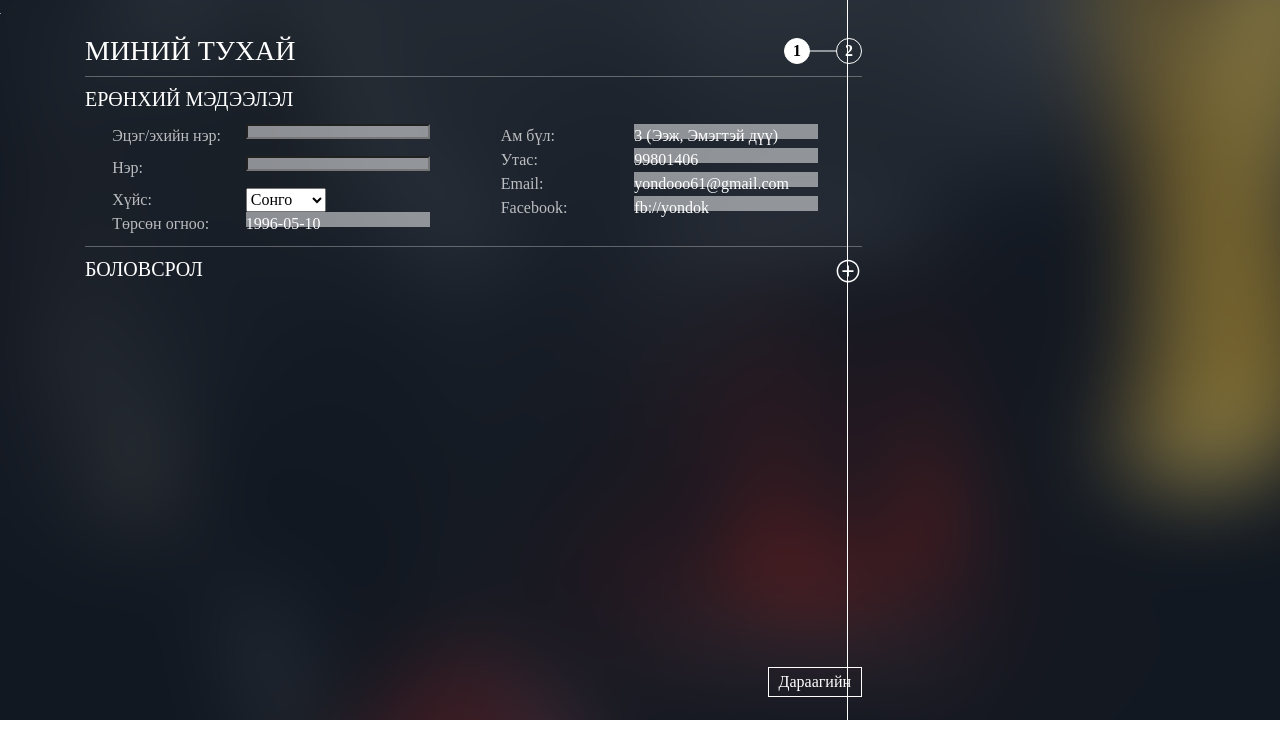
Repository: Yondo202/svProject
Page: /
The author's editor kept a copy of each file at every save. The page is drawn from the files as they stood at one save, then again after a run of saves.
The browser window is 1280 px wide. The pictures show the whole page.
The project was rebuilt for these pictures with package versions that can differ from the ones it lists, and the page was loaded fresh each time. The framework's server and built-in components were replaced by stand-ins that run in the browser. Also part of the build but not shown: next.config.js, style/style.scss.

Above is the page before, as saved 2020-11-20 01:24:29.

### pages/_app.js
import React from "react";
import App from "next/app";
import '../style/style.scss'
import { AnimatePresence } from "framer-motion";
import { MenuProvider } from "@/miscs/ContextMenuProvider";
import { ThemeProvider } from "styled-components";
import * as theme from "@/miscs/theme";
import checkLanguage from "@/components/miscs/checkLanguage";

const base = "http://localhost:1337";

class MyApp extends App {
    state = {
        menu: [],
        completelyLoaded: false,
    };
    // async componentDidMount() {
    //     let res = await checkLanguage(queryString, null);
    //     this.setState({ completelyLoaded: true, menu: res.data.menu.Main});
    // }

    render() {
        const { Component, pageProps, router } = this.props;

        return (
            <ThemeProvider theme={theme}>
                <MenuProvider value={this.state}>
                    <AnimatePresence exitBeforeEnter>
                        <Component {...pageProps} key={router.route} />
                    </AnimatePresence>
                </MenuProvider>
            </ThemeProvider>
        );
    }
}

export default MyApp;

const queryString = ``

// const queryString = `
// {
// menu {
//     Main {
//     Title Slug Page {
//         Slug
//         }
//         }
//     }
// }`;

### pages/_document.js
import css from '../style/style.scss'
import Document, { Html, Head, Main, NextScript } from 'next/document'
import Pixel from "@/components/miscs/Pixel";

class MyDocument extends Document {
    render(){
        return(
            <Html lang="mn">
                <Head>
                    <link rel="stylesheet" href="https://stackpath.bootstrapcdn.com/bootstrap/4.3.1/css/bootstrap.min.css" integrity="sha384-ggOyR0iXCbMQv3Xipma34MD+dH/1fQ784/j6cY/iJTQUOhcWr7x9JvoRxT2MZw1T" crossOrigin="anonymous"/>
                    <link rel="shortcut icon" href="/img/ico.png" />
                    <link href="https://fonts.googleapis.com/css2?family=Roboto:wght@300;400;700&display=swap" rel="stylesheet"/>
                    <link href="https://fonts.googleapis.com/css2?family=Poppins:wght@300;400;500&display=swap" rel="stylesheet"></link>
                    <Pixel/>
                </Head>
                <body>
                    <Main/>
                    <NextScript/>
                </body>
            </Html>
        )
    }
}

export default MyDocument

### pages/index.js
import React from "react";
import { motion } from "framer-motion";
import Background from '../components/Top'
import Forms from '../components/mainForm'

function index() {
    return (
        <div>
            <Background />
            <Forms />
        </div>
    )
}

export default index




























// import Root from "@/core/Root";
// import ResolveComponent from "@/components/dynamic/ResolveComponent"
// import checkLanguage from "@/components/miscs/checkLanguage";
// import { MenuContext } from '@/miscs/ContextMenuProvider'
// import { useContext } from "react";

// const Index = ({ data }) => {

//     let { Layout } = data
//     const { completelyLoaded } = useContext(MenuContext);

//     return (
//         <motion.div exit={{ opacity: 0 }} initial={{ opacity: 0 }} animate={{ opacity: 1 }} >
//             <Root noFooter>
//                 {completelyLoaded &&
//                     <ResolveComponent data={Layout} />
//                 }
//             </Root>
//         </motion.div>
//     );

// };
// export default Index;

// export async function getServerSideProps({ params, req }) {
//     let res = await checkLanguage('/home', req, true);
//     return { props: { data: res.data } }
// }

### components/miscs/ContextMenuProvider.js
import React from 'react';

const MenuContext = React.createContext();

const MenuProvider = MenuContext.Provider
const MenuConsumer = MenuContext.Consumer

export {MenuProvider, MenuConsumer, MenuContext}

### components/miscs/theme.js
export const colorOne = "#532532";
export const colorTwo = "#123123";
export const fontSize = "16px";
export const fontFamily1 = "Poppins', sans-serif"

### components/miscs/checkLanguage.js
import fetch from "node-fetch";
import parseCookies from '@/miscs/parseCookies';

const checkLanguage = async (queryString, req, normal) =>{

    const cookies = parseCookies(req);
    const httpObject = { method: 'post', headers: { 'Content-Type': 'application/json'}, body: JSON.stringify({ query: `query ${queryString}`})}

    if(normal){
        return new Promise(async(resolve, reject) => {
            if(cookies['tb-lang'] === "en"){
                const res = await fetch(`http://localhost:1337${queryString}`);
                const pageData = await res.json();
                return resolve({data: pageData});
            }
            else{
                const res = await fetch(`http://localhost:1337${queryString}`);
                const pageData = await res.json();
                return resolve({data: pageData});
            }
        })
    }

    return new Promise(async(resolve, reject)=>{
      if(cookies['tb-lang'] === "en"){
          const res = await fetch('http://localhost:1337/graphql', httpObject)
          const pageData = await res.json()
          return resolve({data: pageData.data});
      }
      else{
          const res = await fetch('http://localhost:1337/graphql', httpObject)
          const pageData = await res.json()
          return resolve({data: pageData.data});
      }
    })

}

export default checkLanguage

### components/miscs/Pixel.js
import React from "react";

export default () => (
    <React.Fragment>
        <script
            dangerouslySetInnerHTML={{
                __html: `!function(f,b,e,v,n,t,s){if(f.fbq)return;n=f.fbq=function(){n.callMethod?n.callMethod.apply(n,arguments):n.queue.push(arguments)};if(!f._fbq)f._fbq=n;n.push=n;n.loaded=!0;n.version='2.0';n.queue=[];t=b.createElement(e);t.async=!0;t.src=v;s=b.getElementsByTagName(e)[0];s.parentNode.insertBefore(t,s)}(window,document,'script','https://connect.facebook.net/en_US/fbevents.js');fbq('init', '626874991348714'); fbq('track', 'PageView');`,
            }}
        />
        <noscript
            dangerouslySetInnerHTML={{
                __html: `<img height="1" width="1" src="https://www.facebook.com/tr?id=626874991348714&ev=PageView&noscript=1"/>`,
            }}
        />
    </React.Fragment>
);

### components/Top.js
// import React from 'react';

// const Test = ({data}) => {
//     return (
//         <div>
//             {data.Title && <h1>{data.Title}hahhaha</h1>}
//         </div>
//     );
// };

// export default Test;

import React from 'react'
import styled from 'styled-components'
function top({data}) {
    return (
        <Conainer style={{backgroundImage:"url('/img/Blur.png')"}}>
        </Conainer>
    )
}

export default top


const Conainer = styled.div`
    color:white;
    background-size: cover;
    background-position:center center;
    min-height: 80vh;
    max-height: 100vh;
    height: 100vh;
    width: 100%;
    position: fixed;
    top:0;
    z-index: -2;
`

### components/miscs/parseCookies.js
import cookie from 'cookie'

export default function parseCookies(req) {
    return cookie.parse(req ? req.headers.cookie || "" : document.cookie);
}

### components/form1.js
import React,{useState} from 'react'
import styled from 'styled-components'
import Modal from 'react-modal';
import {IoIosAddCircleOutline} from 'react-icons/io'
import {RiAddLine} from 'react-icons/ri'
import Education from '../components/education'
import Axios from 'axios';


const customStyles = {
    content : {
      top                   : '50%',
      left                  : '50%',
      right                 : 'auto',
      bottom                : 'auto',
      marginRight           : '-50%',
      transform             : 'translate(-50%, -50%)'
    }
  };

function form1() {
    var subtitle;
    const [modalIsOpen,setIsOpen] = React.useState(false);
    function openModal() {
      setIsOpen(true);
    }
    function closeModal(){
    setIsOpen(false);
    }
    const [Value,setValue] = useState('хоосон');


    const handleClick = async (e) =>{
        e.preventDefault();
        let rs = document.querySelectorAll('.getinput');
        let arr = Array.from(rs);
        let final = {};
        arr.map(element=>{
            let field = element.name;
            let value = element.value;
            final[field] = value
        });
        console.log(final, "kekeke")
        await Axios.post('http://localhost:1337/forms', final);
    }
    // const capitalize = (s) => {
    //     if (typeof s !== 'string') return ''
    //     return s.charAt(0).toUpperCase() + s.slice(1)
    //   }

    return (
        <Conainer>
            <div className="headerPAr">
                <h5 className="title">ЕРӨНХИЙ МЭДЭЭЛЭЛ</h5>
            </div>
            <div className="ParentInfo">
                <div className="colOne">
                    <div className="main-info">
                        <label className="B">Эцэг/эхийн нэр:</label>
                        <input className="getinput val" type="text" name="parent" />
                    </div>
                    <div className="main-info">
                        <label className="B">Нэр:</label>
                        <input className="getinput val" type="text" name="name" />
                    </div>
                    <div className="main-info">
                        <span className="B">Хүйс:</span>
                        <select className="getinput" name="sex" placeholder="сүно">
                            <option value="" >Сонго</option>
                            <option value="man">Эрэгтэй</option>
                            <option value="women">Эмэгтэй</option>
                        </select>
                    </div>
                    <div className="main-info">
                        <span className="B">Төрсөн огноо:</span>
                        <span className="val">1996-05-10</span>
                    </div>
                </div>

                <div className="colOne">
                    <div className="main-info">
                        <span className="B">Ам бүл:</span>
                        <span className="val">3 (Ээж, Эмэгтэй дүү)</span>
                    </div>
                    <div className="main-info">
                        <span className="B">Утас:</span>
                        <span className="val">99801406</span>
                    </div>
                    <div className="main-info">
                        <span className="B">Email:</span>
                        <span className="val">yondooo61@gmail.com</span>
                    </div>
                    <div className="main-info">
                        <span className="B">Facebook:</span>
                        <span className="val">fb://yondok</span>
                    </div>
                </div>
            </div>

            <Education />
        </Conainer>
    )
}

export default form1

const Conainer = styled.div`
    padding-top:10px;
    .headerPAr{
        width:70%;
        display:flex;
        flex-direction:row;
        justify-content:space-between;
        margin-bottom:5px;
        .svgBtn{
            cursor:pointer;
            font-size:28px;
            border-radius:50%;
            transition:all 0.3s ease;
            &:hover{
                color:black;
                background:white;
            }
        }
    }
    .ParentInfo{
         display:flex;
         flex-direction: row;
         justify-content:space-around;
         width:70%;
         font-size:16px;
         border-bottom: solid 0.5px rgba(255,255,255, 0.3);
         padding-bottom:10px;
         .colOne{
             width:43%;
             .main-info{
                display:flex;
                flex-direction:row;
                justify-content:start;

                 .B{
                     color:rgba(255,255,255, 0.7);
                     width:40%;
                 }
                 .val{
                    width:55%;
                    background:rgba(255,255,255, 0.5);
                    height:15px;
                 }
             }
         }
    }
    @media only screen and (max-width:786px){
        .headerPAr{
            width:100%;
        }
        .ParentInfo{
            flex-direction: column;
            width:100%;
            .colOne{
                width:100%;
            }
        }
    }
`

### components/form2.js
import React from 'react'
import styled from 'styled-components'
import Modal from 'react-modal';
import {IoIosAddCircleOutline} from 'react-icons/io'
import {RiAddLine} from 'react-icons/ri'
import Education from '../components/education'


const customStyles = {
    content : {
      top                   : '50%',
      left                  : '50%',
      right                 : 'auto',
      bottom                : 'auto',
      marginRight           : '-50%',
      transform             : 'translate(-50%, -50%)'
    }
  };

function form2() {
    var subtitle;
    const [modalIsOpen,setIsOpen] = React.useState(false);
    function openModal() {
      setIsOpen(true);
    }
    function afterOpenModal() {
        // references are now sync'd and can be accessed.
        subtitle.style.color = '#0E3232';
      }
    function closeModal(){
    setIsOpen(false);
    }
    return (
        <Conainer>
            <div className="headerPAr">
                <h5 className="title">ЕРӨНХИЙ МЭДЭЭЛЭЛ</h5>
                <div>
                <IoIosAddCircleOutline  className="svgBtn" onClick={openModal} />
                {/* <span  className="svgBtn" onClick={openModal}>+</span> */}
                    <Modal
                        isOpen={modalIsOpen}
                        onAfterOpen={afterOpenModal}
                        onRequestClose={closeModal}
                        style={customStyles}
                        contentLabel="Example Modal"
                    >
                        {/* <h2 ref={_subtitle => (subtitle = _subtitle)}>Hello</h2> */}
                        <button onClick={closeModal}>close</button>
                        <form>
                            {/* <input />
                            <button>tab navigation</button>
                            <button>stays</button>
                            <button>inside</button>
                            <button>the modal</button> */}
                        </form>
                    </Modal>
                    </div>
                </div>
            <div className="ParentInfo">
                <div className="colOne">
                    <div className="main-info">
                        <span className="B">Эцэг/эхийн нэр:</span>
                        <span className="val">Гантулга</span>
                    </div>
                    <div className="main-info">
                        <span className="B">Нэр:</span>
                        <span className="val">Ёндонжамц</span>
                    </div>
                    <div className="main-info">
                        <span className="B">Хүйс:</span>
                        <span className="val">Эр</span>
                    </div>
                    <div className="main-info">
                        <span className="B">Төрсөн огноо:</span>
                        <span className="val">1996-05-10</span>
                    </div>
                </div>

                <div className="colOne">
                    <div className="main-info">
                        <span className="B">Ам бүл:</span>
                        <span className="val">3 (Ээж, Эмэгтэй дүү)</span>
                    </div>
                    <div className="main-info">
                        <span className="B">Утас:</span>
                        <span className="val">99801406</span>
                    </div>
                    <div className="main-info">
                        <span className="B">Email:</span>
                        <span className="val">yondooo61@gmail.com</span>
                    </div>
                    <div className="main-info">
                        <span className="B">Facebook:</span>
                        <span className="val">fb://yondok</span>
                    </div>
                </div>
            </div>

            <Education />
        </Conainer>
    )
}

export default form2

const Conainer = styled.div`
    padding-top:10px;
    .headerPAr{
        width:70%;
        display:flex;
        flex-direction:row;
        justify-content:space-between;
        margin-bottom:5px;
        .svgBtn{
            cursor:pointer;
            font-size:28px;
            border-radius:50%;
            transition:all 0.3s ease;
            &:hover{
                color:black;
                background:white;
            }
        }
    }
    .ParentInfo{
         display:flex;
         flex-direction: row;
         justify-content:space-around;
         width:70%;
         font-size:16px;
         border-bottom: solid 0.5px rgba(255,255,255, 0.3);
         padding-bottom:10px;
         .colOne{
             width:43%;
             .main-info{
                display:flex;
                flex-direction:row;
                justify-content:space-between;

                 .B{
                     color:rgba(255,255,255, 0.7);
                     width:40%;
                 }
                 .val{
                    // margin-left:15px;
                    width:55%;
                 }
             }
         }
    }
`

### components/education.js
import React from 'react'
import styled from 'styled-components'
import {IoIosAddCircleOutline} from 'react-icons/io'
import Modal from 'react-modal';

const customStyles = {
    content : {
      top                   : '50%',
      left                  : '50%',
      right                 : 'auto',
      bottom                : 'auto',
      marginRight           : '-50%',
      transform             : 'translate(-50%, -50%)'
    }
  };
function education() {
    var subtitle;
    const [modalIsOpen,setIsOpen] = React.useState(false);
    function openModal() {
      setIsOpen(true);
    }
    function afterOpenModal() {
        // references are now sync'd and can be accessed.
        subtitle.style.color = '#0E3232';
      }
    function closeModal(){
    setIsOpen(false);
    }


    return (
        <Container>
            <div className="headerPAr">
                <h5 className="title">БОЛОВСРОЛ</h5>
                <div>
                <IoIosAddCircleOutline className="svgBtn" onClick={openModal} />
                    <Modal
                        isOpen={modalIsOpen}
                        onAfterOpen={afterOpenModal}
                        onRequestClose={closeModal}
                        style={customStyles}
                        contentLabel="Example Modal"
                    >
                        <h2 ref={_subtitle => (subtitle = _subtitle)}>Hello</h2>
                        <button onClick={closeModal}>close</button>
                        <form>
                            <input />
                            <button>tab navigation</button>
                            <button>stays</button>
                            <button>inside</button>
                            <button>the modal</button>
                        </form>
                    </Modal>
                    </div>
                </div>
        </Container>
    )
}

export default education


const Container = styled.div`
    padding-top:10px;

`

Loaded but not shown: components/mainForm.js (180 lines, source omitted)

After the next 2 saves:
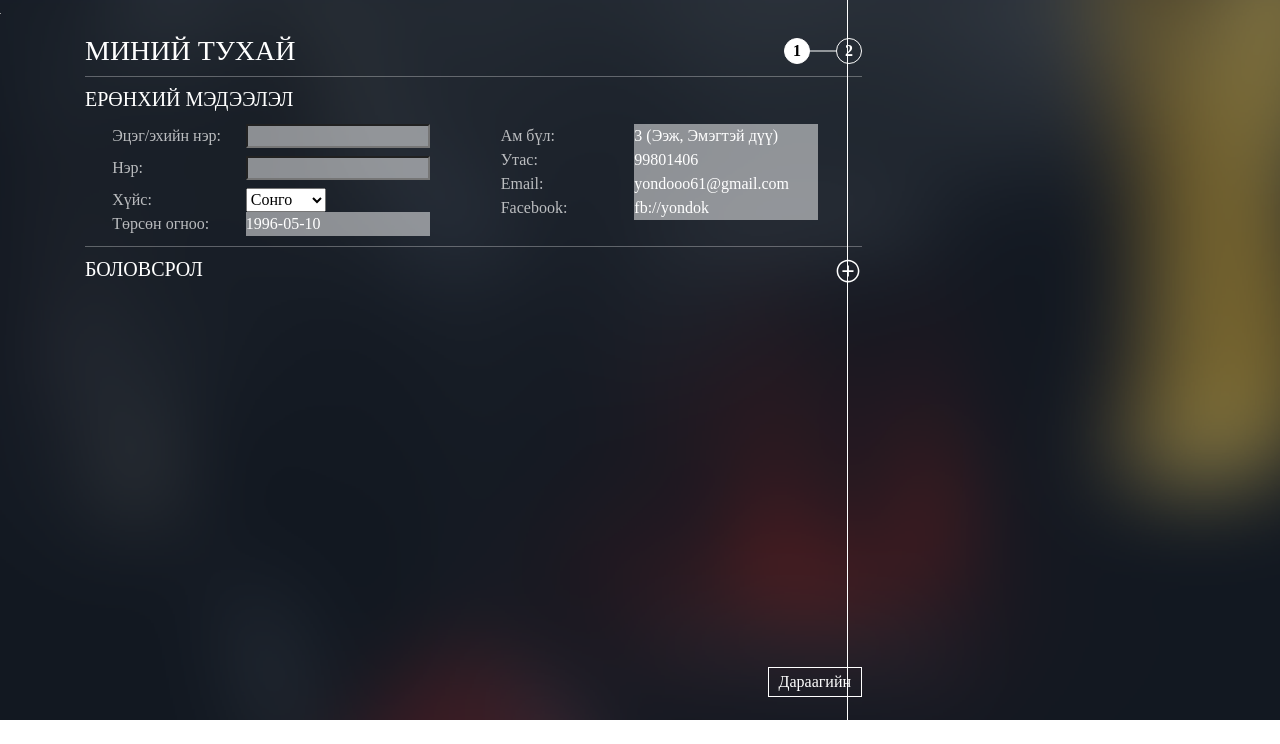
The 2 saves are shown as one change because they came seconds apart.
The last was saved 12 s later.
--- a/components/form1.js
+++ b/components/form1.js
@@ -145,7 +145,7 @@ const Conainer = styled.div`
                  .val{
                     width:55%;
                     background:rgba(255,255,255, 0.5);
-                    height:15px;
+                    height:24px;
                  }
              }
          }
